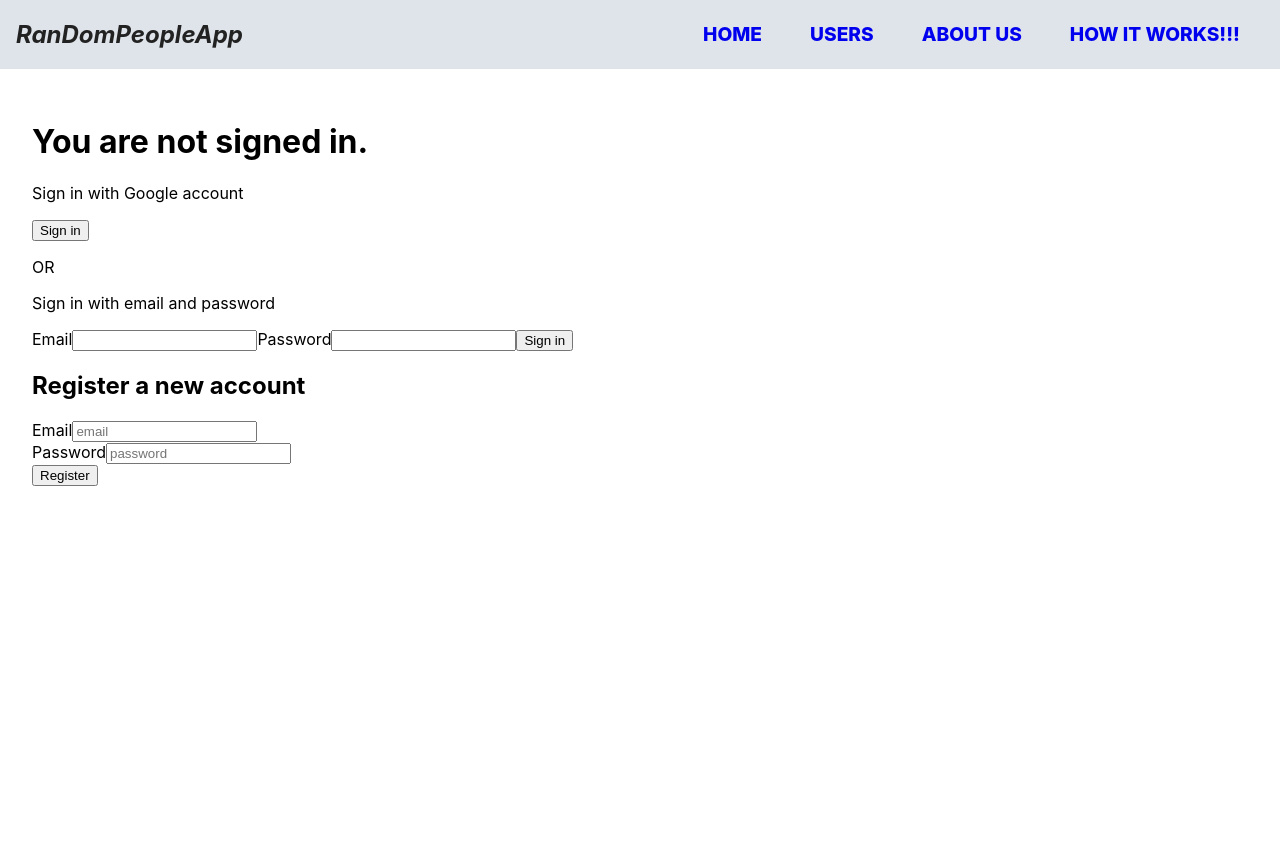
Repository: MikkyPrestige/RandomProfiles
Page: /profile
An editor plug-in stored every save of this project. The page is shown before and after the next save, followed by the edit.
The browser window is 1280 px wide. The pictures show the whole page.
The project was rebuilt for these pictures with package versions that can differ from the ones it lists, and the page was loaded fresh each time. Also part of the build but not shown: src/assets/styles/home.css, src/components/avatar.jsx, src/components/home.jsx, src/assets/styles/users.css, src/components/users.jsx, src/assets/styles/search.css, src/components/search.jsx, src/assets/styles/help.css and 6 more.

Above is the page before, as saved 2022-11-30 02:25:20.

After the next save:
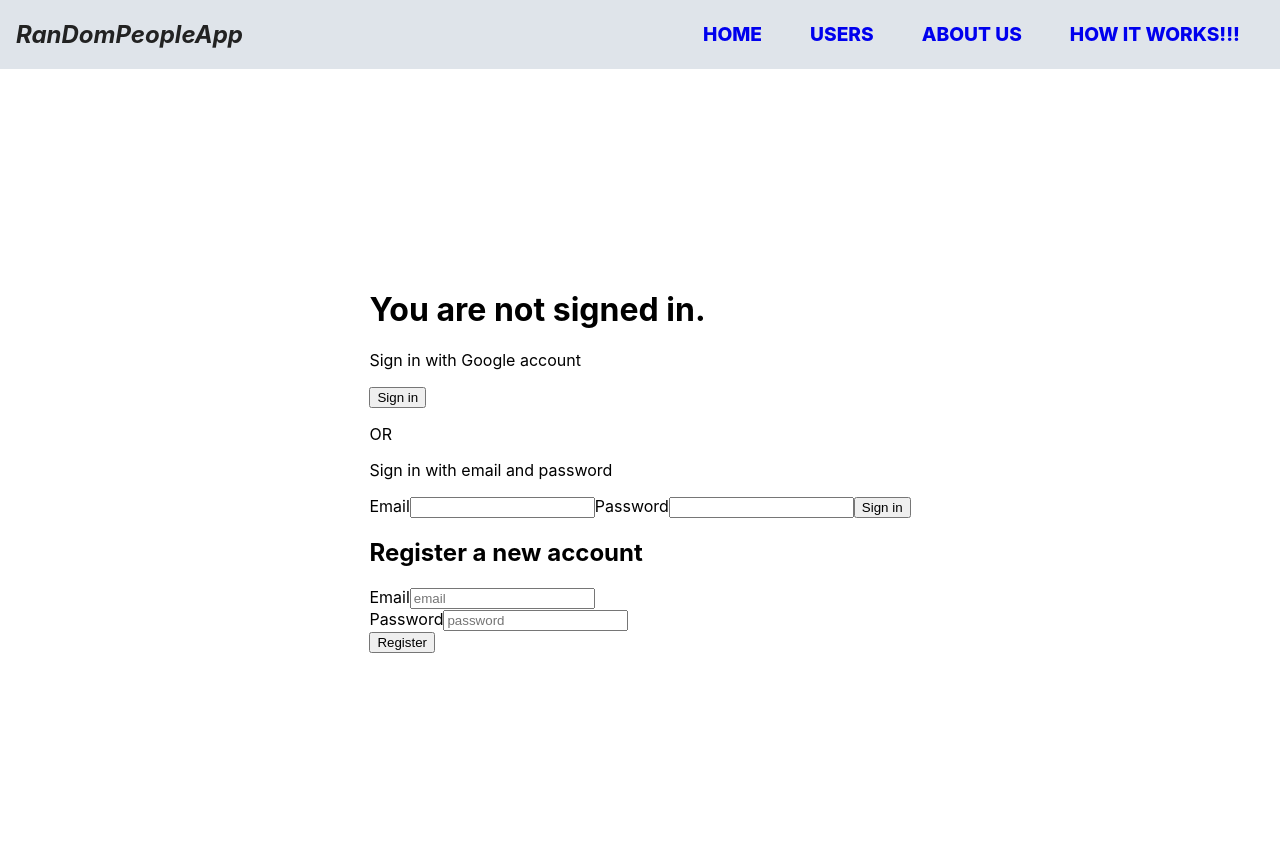
Saved 11 s later.
--- a/src/assets/styles/profile.css
+++ b/src/assets/styles/profile.css
@@ -5,5 +5,9 @@
 }
 
 .profile__container {
-
+  display: flex;
+  flex-direction: column;
+  align-items: center;
+  justify-content: center;
+  height: 100%;
 }
